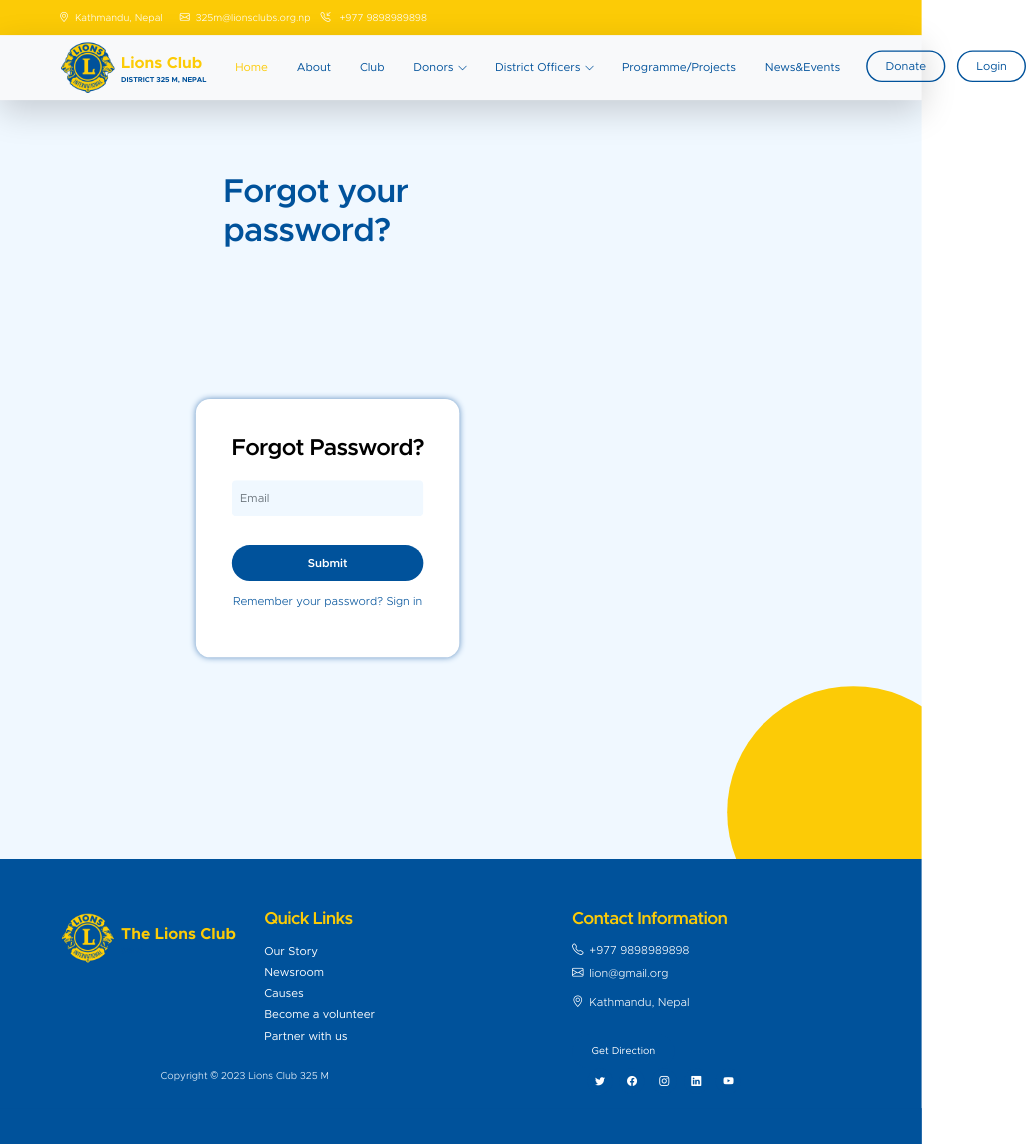
Repository: sandhya8109/Lions
Page: http://localhost/forget.php
An editor plug-in stored every save of this project. The page is shown before and after the next save, followed by the edit.
The browser window is 1280 px wide. The page is 1425 px wide, so the pictures cover 1425 px, including what lies to the right of the window. The pictures show the whole page, at 72% of full size.
The page is run by PHP 8.4 with error messages shown; the project is at /var/www/html/.

Above is the page before, as saved 2023-06-18 14:03:58.
Console error: TypeError: Cannot read properties of undefined (reading 'top')

After the next save:
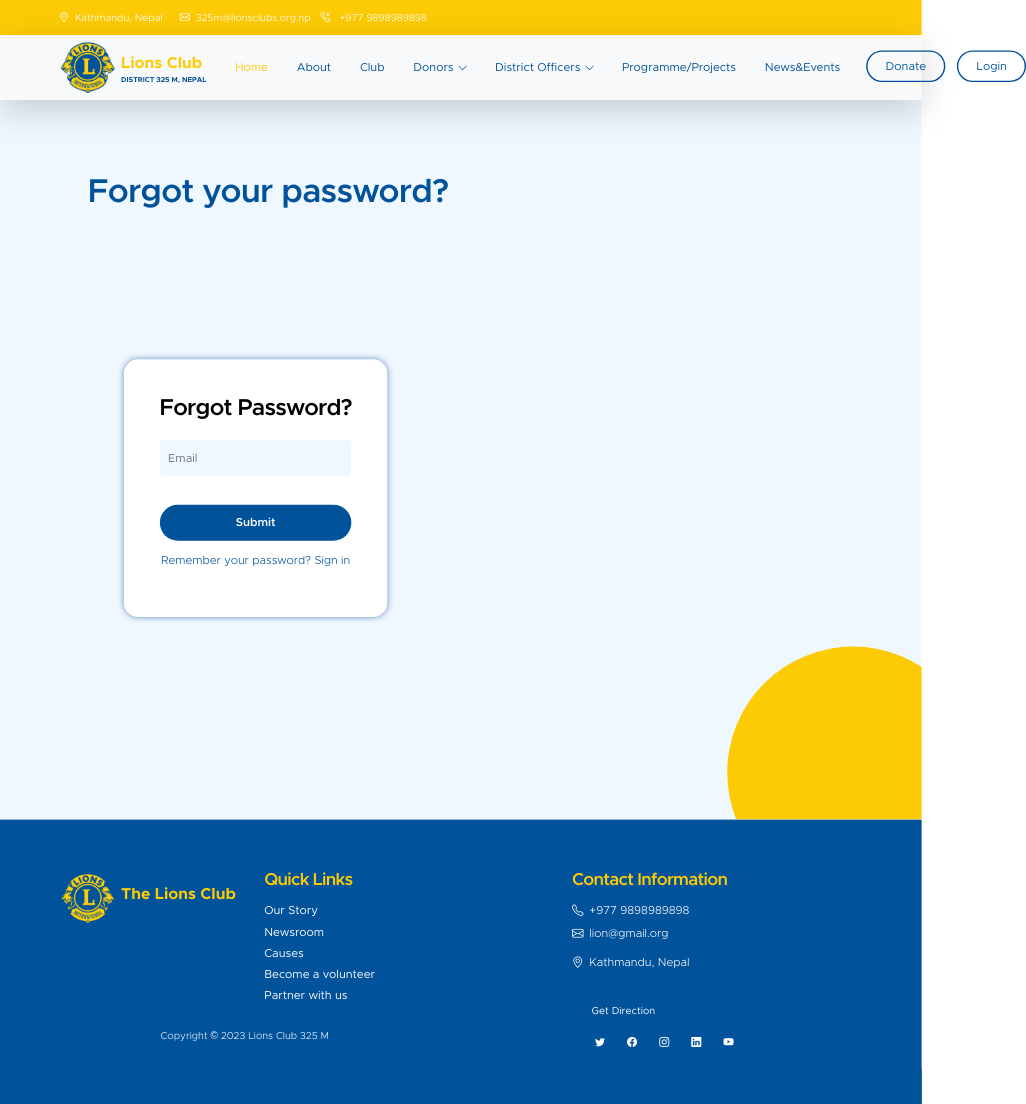
Saved 19 s later.
--- a/forget.php
+++ b/forget.php
@@ -5,7 +5,7 @@
     <div class="container">
         <div class="row">
 
-            <div class="col-lg-6 col-12" style=" padding-left:200px; padding-right:0px;">
+            <div class="col-lg-6 col-12">
                 <h2 class="mb-4" style="color:#00529b; padding-left:40px; ">Forgot your password?</h2>
                 <div style="display: flex; justify-content: center; align-items: center; height: 100vh;">
                     <form class="custom-form volunteer-form" action="#" method="post" role="form"
